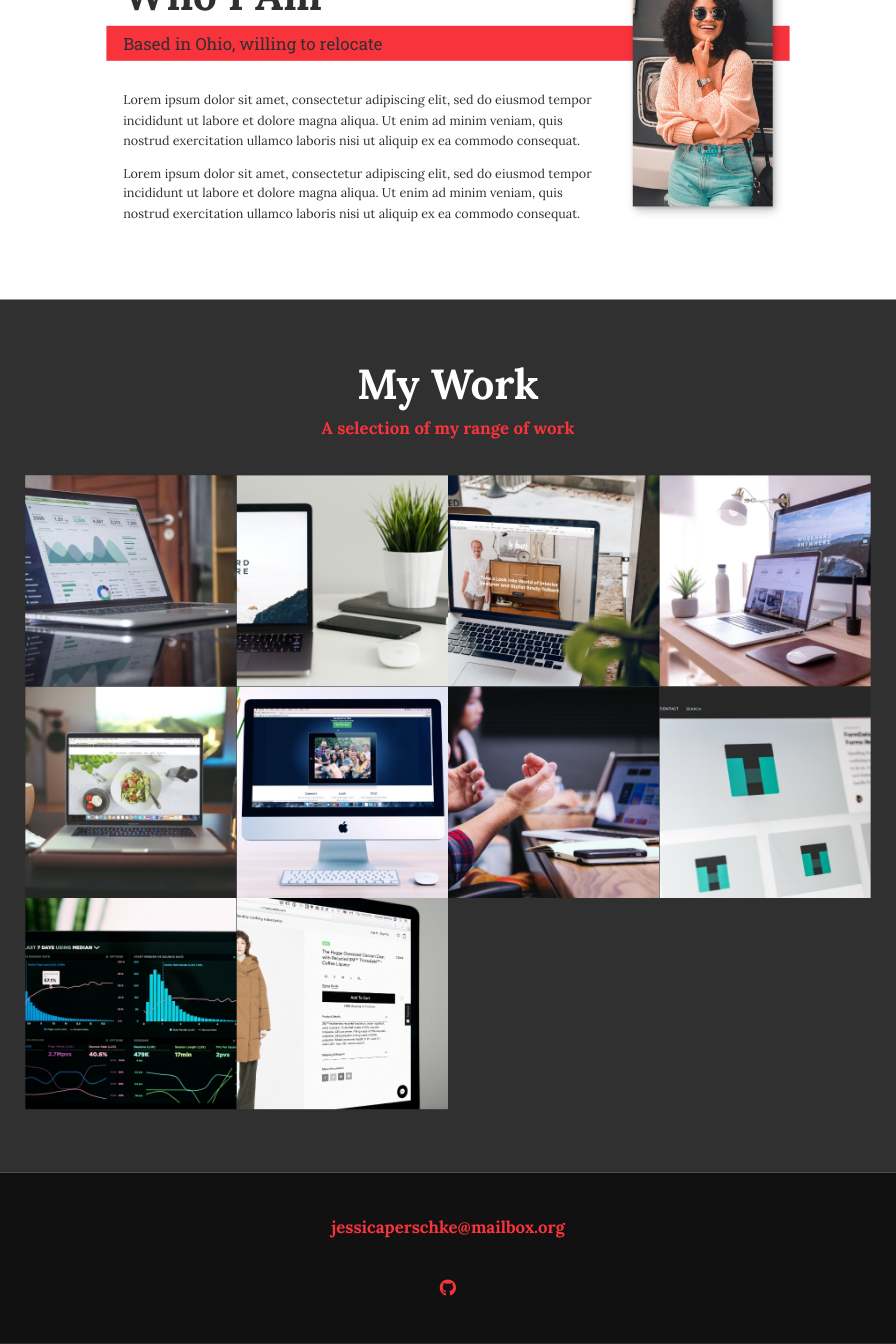
Repository: DinoDime/site
Page: index.html
The author's editor kept a copy of each file at every save. The page is drawn from the files as they stood at one save, then again after the next save.
The browser window is 1280 px wide. The pictures show the part of the page from y = 1297 to 3217 px (the page is 3217 px tall before and 2915 px after), at 70% of full size.
Some web libraries are served in a nearby version.

Above is the page before, as saved 2021-05-02 11:34:23.

### index.html
<!DOCTYPE html>
<html lang="en">
  <head>
    <link
      rel="stylesheet"
      href="https://cdnjs.cloudflare.com/ajax/libs/normalize/8.0.1/normalize.css"
    />
    <meta charset="UTF-8" />
    <meta name="viewport" content="width=device-width, initial-scale=1.0" />
    <title>Jess Perschke</title>
    <link
      rel="stylesheet"
      href="https://cdnjs.cloudflare.com/ajax/libs/normalize/7.0.0/normalize.min.css"
    />
    <link
      rel="stylesheet"
      href="https://cdnjs.cloudflare.com/ajax/libs/font-awesome/5.11.2/css/all.css"
      integrity="sha256-46qynGAkLSFpVbEBog43gvNhfrOj+BmwXdxFgVK/Kvc="
      crossorigin="anonymous"
    />

    <!-- Update these with your own fonts -->
    <link
      href="https://fonts.googleapis.com/css?family=Lora:400,700|Roboto+Slab:400,700&display=swap"
      rel="stylesheet"
    />

    <link rel="stylesheet" href="css/style.css" />
  </head>
  <body>
    <header>
      <button class="nav-toggle" aria-label="toggle navigation">
        <span class="hamburger"></span>
      </button>
      <nav class="nav">
        <ul class="nav__list">
          <li class="nav__item"><a href="#home" class="nav__link">Home</a></li>
          <li class="nav__item">
            <a href="#services" class="nav__link">Skills</a>
          </li>
          <li class="nav__item">
            <a href="#about" class="nav__link">About Me</a>
          </li>
          <li class="nav__item">
            <a href="#work" class="nav__link">My Work</a>
          </li>
        </ul>
      </nav>
    </header>

    <!-- Introduction -->
    <section class="intro" id="home">
      <h1 class="section__title section__title--intro">
        Hi, I'm <strong>Jess</strong>
      </h1>
      <p class="section__subtitle section__subtitle--intro">
        software engineer
      </p>
      <img
        src="img/jess.jpg"
        alt="a picture of Jess Perschke smiling"
        class="intro__img"
      />
    </section>

    <section class="my-services" id="services">
      <h2 class="section__title section__title--services">Skills</h2>
      <div class="services">
        <div class="service">
          <h3>Languages</h3>
          <ul>
            <li>Python</li>
            <li>Java</li>
            <li>Javascript</li>
            <li>HTML</li>
            <li>CSS</li>
          </ul>
        </div>

        <div class="service">
          <h3>Libraries / Frameworks</h3>
          <ul>
            <li>Hibernate</li>
            <li>Spring</li>
            <li>React</li>
          </ul>
        </div>

        <div class="service">
          <h3>Other Technologies</h3>
          <ul>
            <li>Docker</li>
            <li>Linux</li>
            <li>version control</li>
            <li>MySQL</li>
          </ul>
        </div>
        <!-- / service -->
      </div>
      <!-- / services -->

      <a href="#work" class="btn">My Work</a>
    </section>

    <!-- About me -->
    <section class="about-me" id="about">
      <h2 class="section__title section__title--about">Who I Am</h2>
      <class class="section__subtitle section__subtitle--about">
        Based in Ohio, willing to relocate
      </class>

      <div class="about-me__body">
        <p>
          Lorem ipsum dolor sit amet, consectetur adipiscing elit, sed do
          eiusmod tempor incididunt ut labore et dolore magna aliqua. Ut enim ad
          minim veniam, quis nostrud exercitation ullamco laboris nisi ut
          aliquip ex ea commodo consequat.
        </p>
        <p>
          Lorem ipsum dolor sit amet, consectetur adipiscing elit, sed do
          eiusmod tempor incididunt ut labore et dolore magna aliqua. Ut enim ad
          minim veniam, quis nostrud exercitation ullamco laboris nisi ut
          aliquip ex ea commodo consequat.
        </p>
      </div>

      <img
        src="img/dev-jane-02.jpg"
        alt="Jane leaning against a bus"
        class="about-me__img"
      />
    </section>

    <!-- My Work -->
    <section class="my-work" id="work">
      <h2 class="section__title section__title--work">My Work</h2>
      <p class="section__subtitle section__subtitle--work">
        A selection of my range of work
      </p>

      <div class="portfolio">
        <!-- Portfolio item 01 -->
        <a href="portfolio-item1.html" class="portfolio__item1">
          <img src="img/portfolio-01.jpg" alt="" class="portfolio__img" />
        </a>

        <!-- Portfolio item 02 -->
        <a href="portfolio-item.html" class="portfolio__item">
          <img src="img/portfolio-02.jpg" alt="" class="portfolio__img" />
        </a>

        <!-- Portfolio item 03 -->
        <a href="portfolio-item.html" class="portfolio__item">
          <img src="img/portfolio-03.jpg" alt="" class="portfolio__img" />
        </a>

        <!-- Portfolio item 04 -->
        <a href="portfolio-item.html" class="portfolio__item">
          <img src="img/portfolio-04.jpg" alt="" class="portfolio__img" />
        </a>

        <!-- Portfolio item 05 -->
        <a href="portfolio-item.html" class="portfolio__item">
          <img src="img/portfolio-05.jpg" alt="" class="portfolio__img" />
        </a>

        <!-- Portfolio item 06 -->
        <a href="portfolio-item.html" class="portfolio__item">
          <img src="img/portfolio-06.jpg" alt="" class="portfolio__img" />
        </a>

        <!-- Portfolio item 07 -->
        <a href="portfolio-item.html" class="portfolio__item">
          <img src="img/portfolio-07.jpg" alt="" class="portfolio__img" />
        </a>

        <!-- Portfolio item 08 -->
        <a href="#" class="portfolio__item">
          <img src="img/portfolio-08.jpg" alt="" class="portfolio__img" />
        </a>

        <!-- Portfolio item 09 -->
        <a href="#" class="portfolio__item">
          <img src="img/portfolio-09.jpg" alt="" class="portfolio__img" />
        </a>

        <!-- Portfolio item 0 0-->
        <a href="#" class="portfolio__item">
          <img src="img/portfolio-10.jpg" alt="" class="portfolio__img" />
        </a>
      </div>
    </section>

    <!-- Footer -->
    <footer class="footer">
      <!-- replace with your own email address -->
      <a href="mailto:jessicaperschke@mailbox.org" class="footer__link"
        >jessicaperschke@mailbox.org</a
      >
      <ul class="social-list">
        <li class="social-list__item">
          <a class="social-list__link" href="https://github.com/jl-perschke">
            <i class="fab fa-github"></i>
          </a>
        </li>
      </ul>
    </footer>

    <script src="js/index.js"></script>
  </body>
</html>

### css/style.css
*,
*::before,
*::after {
    box-sizing: border-box;
}

/* Custom Properties, update these for your own design */

:root {
    --ff-primary: 'Lora', serif;
    --ff-secondary: 'Roboto Slab', serif;

    --fw-reg: 400;
    --fw-bold: 700;

    --clr-light: #fff;
    --clr-dark: #303030;
    --clr-accent: #f8333c;

    --fs-h1: 3rem;
    --fs-h2: 2.25rem;
    --fs-h3: 1.25rem;
    --fs-body: 1rem;

    --bs: 0.25em 0.25em 0.75em rgba(0,0,0,.25),
          0.125em 0.125em 0.25em rgba(0,0,0,.15);
}

@media (min-width: 800px) {
    :root {
        --fs-h1: 4.5rem;
        --fs-h2: 3.75rem;
        --fs-h3: 1.5rem;
        --fs-body: 1.125rem;
    }
}

/* General styles */

/* endable this to add smooth scrolling */
/* html {
    scroll-behavior: smooth;
} */


body {
    background: var(--clr-light);
    color: var(--clr-dark);
    margin: 0;
    font-family: var(--ff-primary);
    font-size: var(--fs-body);
    line-height: 1.6;
}

section {
    padding: 5em 2em;
}

img {
    display: block;
    max-width: 100%;
}

strong { font-weight: var(--fw-bold) }

:focus {
    outline: 3px solid var(--clr-accent);
    outline-offset: 3px;
}

/* Buttons */

.btn {
    display: inline-block;
    padding: .5em 2.5em;
    background: var(--clr-accent);
    color: var(--clr-dark);
    text-decoration: none;
    cursor: pointer;
    font-size: .8rem;
    text-transform: uppercase;
    letter-spacing: 2px;
    font-weight: var(--fw-bold);
    transition: transform 200ms ease-in-out;
}

.btn:hover {
    transform: scale(1.1);
}

/* Typography */

h1,
h2,
h3 {
    line-height: 1;
    margin: 0;
}

h1 { font-size: var(--fs-h1) }
h2 { font-size: var(--fs-h2) }
h3 { font-size: var(--fs-h3) }


.section__title {
    margin-bottom: .25em;
}

.section__title--intro {
    font-weight: var(--fw-reg);
}

.section__title--intro strong {
    display: block;
}

.section__subtitle {
    margin: 0;
    font-size: var(--fs-h3);
}

.section__subtitle--intro,
.section__subtitle--about {
    background: var(--clr-accent);
    padding: .25em 1em;
    font-family: var(--ff-secondary);
    margin-bottom: 1em;
}

.section__subtitle--work {
    color: var(--clr-accent);
    font-weight: var(--fw-bold);
    margin-bottom: 2em;
}

/* header */

header {
    display: flex;
    justify-content: space-between;
    padding: 1em;
}

.logo {
    max-width: 100px;
}

.nav {
    position: fixed;
    background: var(--clr-dark);
    color: var(--clr-light);
    top: 0;
    bottom: 0;
    left: 0;
    right: 0;
    z-index: 100;

    transform: translateX(100%);
    transition: transform 250ms cubic-bezier(.5, 0, .5, 1);
}

.nav__list {
    list-style: none;
    display: flex;
    height: 100%;
    flex-direction: column;
    justify-content: space-evenly;
    align-items: center;
    margin: 0;
    padding: 0;
}

.nav__link {
    color: inherit;
    font-weight: var(--fw-bold);
    font-size: var(--fs-h2);
    text-decoration: none;
}

.nav__link:hover {
    color: var(--clr-accent);
}

.nav-toggle {
    padding: .5em;
    background: transparent;
    border: 0;
    cursor: pointer;
    position: absolute;
    right: 1em;
    top: 1em;
    z-index: 1000;
}

.nav-open .nav {
    transform: translateX(0);
}

.nav-open .nav-toggle {
    position: fixed;
}

.nav-open .hamburger {
    transform: rotate(.625turn);
}

.nav-open .hamburger::before {
    transform: rotate(90deg) translateX(-6px);
}

.nav-open .hamburger::after {
    opacity: 0;
}






.hamburger {
    display: block;
    position: relative;
}

.hamburger,
.hamburger::before,
.hamburger::after {
    background: var(--clr-accent);
    width: 2em;
    height: 3px;
    border-radius: 1em;
    transition: transform 250ms ease-in-out;
}


.hamburger::before,
.hamburger::after {
    content: '';
    position: absolute;
    left: 0;
    right: 0;
}

.hamburger::before { top: 6px; }
.hamburger::after { bottom: 6px; }


/*  Intro section  */

.intro {
    position: relative;
}

.intro__img {
    box-shadow: var(--bs);
}

.section__subtitle--intro {
    display: inline-block;
}

@media (min-width: 600px) {
    .intro {
        display: grid;
        width: min-content;
        margin: 0 auto;
        grid-column-gap: 1em;
        grid-template-areas:
            "img title"
            "img subtitle";
        grid-template-columns: min-content max-content;
    }

    .intro__img {
        grid-area: img;
        min-width: 250px;
        position: relative;
        z-index: 2;
    }

    .section__subtitle--intro {
        align-self: start;
        grid-column: -1 / 1;
        grid-row: 2;
        text-align: right;
        position: relative;
        left: -1.5em;
        width: calc(100% + 1.5em);
    }
}



/*  My services section  */

.my-services {
    background-color: var(--clr-dark);
    background-image: url(../img/services-bg.jpg);
    background-size: cover;
    /* background-blend-mode: multiply; */
    color: var(--clr-light);
    text-align: center;
}

.section__title--services {
    color: var(--clr-accent);
    position: relative;
}

.section__title--services::after {
    content: '';
    display: block;
    width: 2em;
    height: 1px;
    margin: 0.5em auto 1em;
    background: var(--clr-light);
    opacity: 0.25;
}

.services {
    margin-bottom: 4em;
}

.service {
    max-width: 500px;
    margin: 0 auto;
}

@media (min-width: 800px) {
    .services {
        display: flex;
        max-width: 1000px;
        margin-left: auto;
        margin-right: auto;
    }

    .service + .service {
        margin-left: 2em;
    }
}


.about-me {
    max-width: 1000px;
    margin: 0 auto;
}

.about-me__img {
    box-shadow: var(--bs);
}

@media (min-width: 600px) {
    .about-me {
        display: grid;
        grid-template-columns: 1fr 200px;
        grid-template-areas:
            "title img"
            "subtitle img"
            "text img";
        grid-column-gap: 2em;
    }

    .section__title--about {
        grid-area: title;
    }

    .section__subtitle--about {
        grid-column: 1 / -1;
        grid-row: 2;
        position: relative;
        left: -1em;
        width: calc(100% + 2em);
        padding-left: 1em;
        padding-right: calc(200px + 4em);
    }

    .about-me__img {
        grid-area: img;
        position: relative;
        z-index: 2;
    }
}

/* My Work */

.my-work {
    background-color: var(--clr-dark);
    color: var(--clr-light);
    text-align: center;
}

.portfolio {
    display: grid;
    grid-template-columns: repeat(auto-fit, minmax(300px, 1fr));
}

.portfolio__item {
    background: var(--clr-accent);
    overflow: hidden;
}

.portfolio__img {
    transition:
        transform 750ms cubic-bezier(.5, 0, .5, 1),
        opacity 250ms linear;
}

.portfolio__item:focus {
    position: relative;
    z-index: 2;
}

.portfolio__img:hover,
.portfolio__item:focus .portfolio__img {
    transform: scale(1.2);
    opacity: .5;
}


/* footer */

.footer {
    background: #111;
    color: var(--clr-accent);
    text-align: center;
    padding: 2.5em 0;
    font-size: var(--fs-h3);

}

.footer a {
    color: inherit;
    text-decoration: none;
}

.footer__link {
    font-weight: var(--fw-bold);
}

.footer__link:hover,
.social-list__link:hover {
    opacity: .7;
}

.footer__link:hover {
    text-decoration: underline;
}

.social-list {
    list-style: none;
    display: flex;
    justify-content: center;
    margin: 2em 0 0;
    padding: 0;
}

.social-list__item {
    margin: 0 .5em;
}

.social-list__link {
    padding: .5em;
}


/* Individual portfolio item styles */

.portfolio-item-individual {
    padding: 0 2em 2em;
    max-width: 1000px;
    margin: 0 auto;
}

.portfolio-item-individual p {
    max-width: 600px;
    margin-left: auto;
    margin-right: auto;
}

Loaded but not shown: js/index.js (common file)

After the next save:
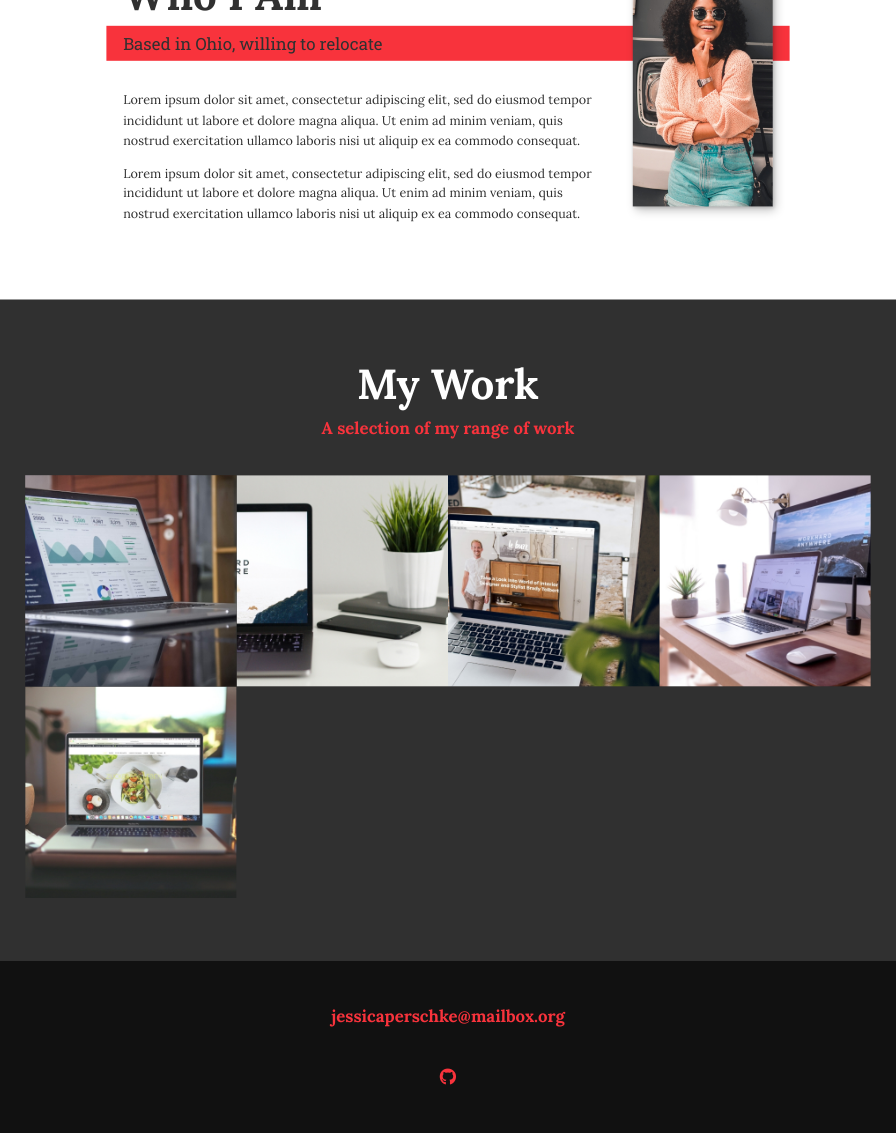
Saved 47 s later.
--- a/index.html
+++ b/index.html
@@ -163,31 +163,6 @@
         <a href="portfolio-item.html" class="portfolio__item">
           <img src="img/portfolio-05.jpg" alt="" class="portfolio__img" />
         </a>
-
-        <!-- Portfolio item 06 -->
-        <a href="portfolio-item.html" class="portfolio__item">
-          <img src="img/portfolio-06.jpg" alt="" class="portfolio__img" />
-        </a>
-
-        <!-- Portfolio item 07 -->
-        <a href="portfolio-item.html" class="portfolio__item">
-          <img src="img/portfolio-07.jpg" alt="" class="portfolio__img" />
-        </a>
-
-        <!-- Portfolio item 08 -->
-        <a href="#" class="portfolio__item">
-          <img src="img/portfolio-08.jpg" alt="" class="portfolio__img" />
-        </a>
-
-        <!-- Portfolio item 09 -->
-        <a href="#" class="portfolio__item">
-          <img src="img/portfolio-09.jpg" alt="" class="portfolio__img" />
-        </a>
-
-        <!-- Portfolio item 0 0-->
-        <a href="#" class="portfolio__item">
-          <img src="img/portfolio-10.jpg" alt="" class="portfolio__img" />
-        </a>
       </div>
     </section>
 
